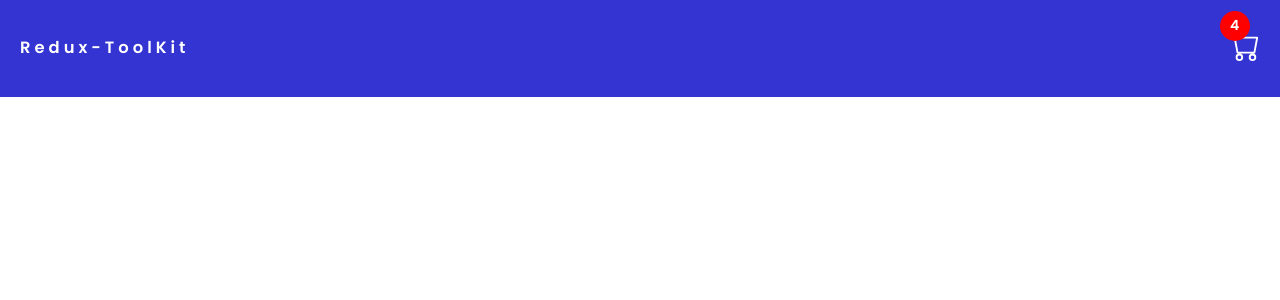
Repository: OmniaRafat232111121/shoppingCart
Page: /
The author's editor kept a copy of each file at every save. The page is drawn from the files as they stood at one save, then again after a run of saves.
The browser window is 1280 px wide. The pictures show the whole page.
The project was rebuilt for these pictures with package versions that can differ from the ones it lists, and the page was loaded fresh each time. Also part of the build but not shown: src/App.css.

Above is the page before, as saved 2023-02-07 16:14:12.

### src/index.js
import React from 'react';
import ReactDOM from 'react-dom/client';
import './index.css';
import App from './App';
import { Provider } from 'react-redux';
import { store } from './store';
const root = ReactDOM.createRoot(document.getElementById('root'));
root.render(
  <React.StrictMode>
    <Provider store={store}>
      <App />
    </Provider>
  </React.StrictMode>
);

### src/index.css
@import url('https://fonts.googleapis.com/css2?family=Poppins:ital,wght@0,100;0,200;0,600;1,100;1,200;1,500;1,600&display=swap');
body {
  margin:0;
  padding:0;
  box-sizing: border-box;
  line-height: 1.5;
  font-size: 0.875rem;
  font-family: 'Poppins', sans-serif;
}
nav{
  background-color: rgb(52, 52, 211);
  padding:20px 20px;
}
.nav-center{
  display: flex;
  align-items: center;
  justify-content: space-between;
  width:100%;
  color:#fff;
  margin:0 auto;
}
.nav-center h3{
  letter-spacing: 4px;
}
.nav-center h3:hover{
  letter-spacing: 2px;
}
.nav-container{
  position: relative;
}
.amount-container{
  position: absolute;
  top:-20px;
  left:-10px;
  background-color: red;
  border-radius: 50%;

  width:30px;
  height:30px;
}
.total-amount{
  position: absolute;
  left:10px;
  top:-10px;
  text-align: center;
 font-weight: bold;
}

### src/App.js
import './App.css';
import Navbar from './Component/Navbar';

function App() {
  return (
    <div className="App">
  <Navbar/>
    </div>
  );
}

export default App;

### src/store.js
import { configureStore } from "@reduxjs/toolkit";
import cartReducer from './features/cart/cartSlice'
export const store = configureStore({
    reducer: {
        cart:cartReducer
    }
})

### src/Component/Navbar.js
import React from 'react'
import { useSelector } from 'react-redux';
import {BsCart} from 'react-icons/bs'
const Navbar = () => {
    const data=useSelector((state)=>state.cart)
  return (
      <>
          <nav>
              <div className='nav-center'>
                  <h3>Redux-ToolKit</h3>
                  <div className='nav-container'>
                      <BsCart size={30}  />
                      <div className='amount-container'>
                          <p className='total-amount'>{data.amount}</p>
          </div>
                  </div>

              </div>
          </nav>
      </>
  )
}

export default Navbar

### src/features/cart/cartSlice.js
import { createSlice } from "@reduxjs/toolkit";
import cartItems from "../../cartItems";
const initialState = {
    cartItems: cartItems,
    amount: 4,
    total: 0,
    isLoading:true
}
  const cartSlice = createSlice({
    name: 'cart',
    initialState,
})
console.log(cartSlice)
export default cartSlice.reducer

### src/cartItems.js
const cartItems = [
  {
    id: 'rec1JZlfCIBOPdcT2',
    title: 'Samsung Galaxy S8',
    price: '399.99',
    img: 'https://dl.airtable.com/.attachments/64b266ad865098befbda3c3577a773c9/24497852/yedjpkwxljtb75t3tezl.png',
    amount: 1,
  },
  {
    id: 'recB6qcHPxb62YJ75',
    title: 'google pixel',
    price: '499.99',
    img: 'https://dl.airtable.com/.attachments/91c88ae8c1580e2b762ecb3f73ed1eed/a633139a/phone-1_gvesln.png',
    amount: 1,
  },
  {
    id: 'recdRxBsE14Rr2VuJ',
    title: 'Xiaomi Redmi Note 2',
    price: '699.99',
    img: 'https://dl.airtable.com/.attachments/bae9208dc34f35128749ecda5b999e84/337c285d/phone-3_h2s6fo.png',
    amount: 1,
  },
  {
    id: 'recwTo160XST3PIoW',
    title: 'Samsung Galaxy S7',
    price: '599.99 ',
    img: 'https://dl.airtable.com/.attachments/91ee456448cef47deec553a2ea3fa8ad/b08bec68/phone-2_ohtt5s.png',
    amount: 1,
  },
];

export default cartItems;

### src/Component/CartContainer.js
import React from 'react'

const CartContainer = () => {
  return (
    <div>CartContainer</div>
  )
}

export default CartContainer

Loaded but not shown: public/index.html (common file)

After the next 2 saves:
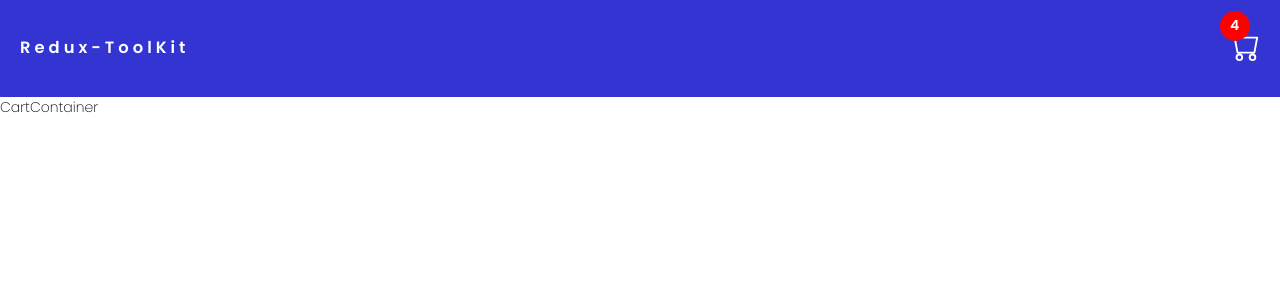
The 2 saves are shown as one change because they came seconds apart.
The last was saved 26 s later.
--- a/src/App.js
+++ b/src/App.js
@@ -1,10 +1,12 @@
 import './App.css';
+import CartContainer from './Component/CartContainer';
 import Navbar from './Component/Navbar';
 
 function App() {
   return (
     <div className="App">
-  <Navbar/>
+      <Navbar />
+      <CartContainer/>
     </div>
   );
 }

After the save that followed:
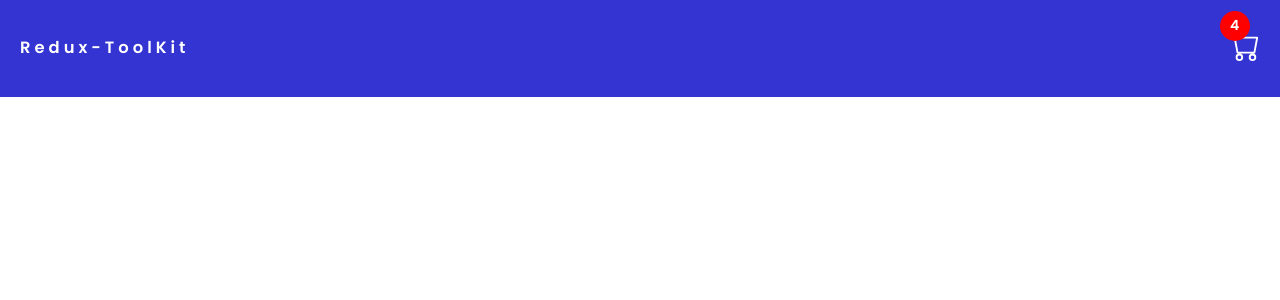
Saved 8 s later.
--- a/src/Component/CartContainer.js
+++ b/src/Component/CartContainer.js
@@ -2,7 +2,9 @@ import React from 'react'
 
 const CartContainer = () => {
   return (
-    <div>CartContainer</div>
+      <div>
+
+      </div>
   )
 }
 
